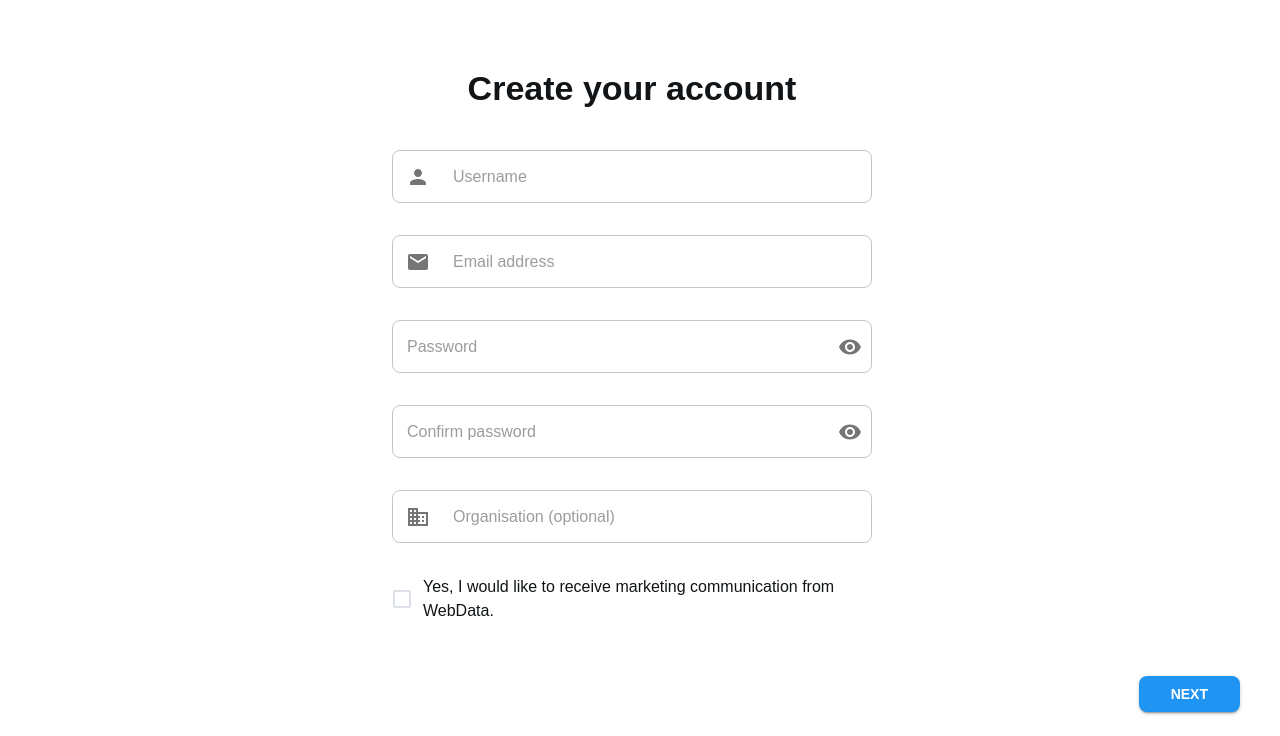
Repository: Pascal-Ahmadu/Tender-download-system
Page: /register (app in frontend/)
The author's editor kept a copy of each file at every save. The page is drawn from the files as they stood at one save, then again after the next save.
The browser window is 1280 px wide. The pictures show the whole page.
The page's requests for data from a server got no answer. Some web fonts or font styles are not loaded; a fallback is used. The project was rebuilt for these pictures with package versions that can differ from the ones it lists, and the page was loaded fresh each time. No one was signed in, and anything a server would have sent is missing. Also part of the build but not shown: frontend/vite.config.js, frontend/src/components/pages/LoginPage.jsx.

Above is the page before, as saved 2024-07-31 07:53:54.

### frontend/index.html
<!DOCTYPE html>
<html lang="en">
  <head>
    <meta charset="UTF-8" />
    <link rel="icon" type="image/svg+xml" href="/vite.svg" />
    <link
      href="https://fonts.googleapis.com/css2?family=Bento:wght@400;700&display=swap"
      rel="stylesheet"
    />

    <meta name="viewport" content="width=device-width, initial-scale=1.0" />
    <title>Vite + React</title>
  </head>
  <body>
    <div id="root"></div>
    <script type="module" src="/src/main.jsx"></script>
  </body>
</html>

### frontend/src/main.jsx
import React from "react";
import ReactDOM from "react-dom/client";
import App from "./App.jsx";
import "./index.css";
import { AuthProvider } from "./components/contexts/AuthContext.jsx";

ReactDOM.createRoot(document.getElementById("root")).render(
  <React.StrictMode>
    <AuthProvider>
      <App />
    </AuthProvider>
  </React.StrictMode>
);

### frontend/src/App.jsx
import React from "react";
import { BrowserRouter as Router, Routes, Route } from "react-router-dom";
import LoginPage from "./components/pages/LoginPage";
import RegistrationForm from "./components/pages/RegistrationPage";
import { createTheme, ThemeProvider } from "@mui/material/styles";

// Create a theme instance
const theme = createTheme({
  typography: {
    fontFamily: "Bento, sans-serif",
  },
});

const app = () => {
  return (
    <ThemeProvider theme={theme}>
      <Router>
        <Routes>
          <Route path="/" element={<LoginPage />} />
          <Route path="/register" element={<RegistrationForm />} />
        </Routes>
      </Router>
    </ThemeProvider>
  );
};

export default app;

### frontend/src/index.css
:root {
  font-family: "Bento", sans-serif;

  line-height: 1.5;
  font-weight: 400;

  color-scheme: white;
  color: rgba(255, 255, 255, 0.87);
  background-color: white;

  font-synthesis: none;
  text-rendering: optimizeLegibility;
  -webkit-font-smoothing: antialiased;
  -moz-osx-font-smoothing: grayscale;
}

body {
  font-family: "Merriweather", serif;
}

a {
  font-weight: 500;
  color: #646cff;
  text-decoration: inherit;
}
a:hover {
  color: #535bf2;
}

h1 {
  font-size: 3.2em;
  line-height: 1.1;
}

button {
  border-radius: 8px;
  border: 1px solid transparent;
  padding: 0.6em 1.2em;
  font-size: 1em;
  font-weight: 500;
  font-family: inherit;
  background-color: #1a1a1a;
  cursor: pointer;
  transition: border-color 0.25s;
}
button:hover {
  border-color: #646cff;
}
button:focus,
button:focus-visible {
  outline: 4px auto -webkit-focus-ring-color;
}

@media (prefers-color-scheme: light) {
  :root {
    color: #213547;
    background-color: #ffffff;
  }
  a:hover {
    color: #747bff;
  }
  button {
    background-color: #f9f9f9;
  }
}

### frontend/src/components/contexts/AuthContext.jsx
import React, { createContext, useState, useEffect, useContext } from "react";
import axios from "axios";

const API_BASE_URL = "http://localhost:5000";

axios.defaults.baseURL = API_BASE_URL;

const AuthContext = createContext();

const AuthProvider = ({ children }) => {
  const [user, setUser] = useState(null);

  // Fetch user on app load
  useEffect(() => {
    const fetchUser = async () => {
      try {
        const res = await axios.get("/api/auth/current", {
          withCredentials: true,
        });
        setUser(res.data.user);
      } catch (err) {
        console.error(err.response ? err.response.data.msg : err.message);
      }
    };

    fetchUser();
  }, []);

  const register = async (email, password) => {
    try {
      await axios.post(
        "/api/auth/register",
        { email, password },
        { withCredentials: true }
      );
      // Optionally fetch user data if needed
    } catch (err) {
      throw new Error(err.response ? err.response.data.msg : err.message);
    }
  };

  const login = async (email, password) => {
    try {
      await axios.post(
        "/api/auth/login",
        { email, password },
        { withCredentials: true }
      );
      const res = await axios.get("/api/auth/current", {
        withCredentials: true,
      });
      setUser(res.data.user);
    } catch (err) {
      throw new Error(err.response ? err.response.data.msg : err.message);
    }
  };

  const logout = async () => {
    try {
      await axios.post("/api/auth/logout", {}, { withCredentials: true });
      setUser(null);
    } catch (err) {
      console.error(err.response ? err.response.data.msg : err.message);
    }
  };

  return (
    <AuthContext.Provider value={{ user, register, login, logout }}>
      {children}
    </AuthContext.Provider>
  );
};

// Custom hook to use the AuthContext
const useAuth = () => {
  const context = useContext(AuthContext);
  if (context === undefined) {
    throw new Error("useAuth must be used within an AuthProvider");
  }
  return context;
};

export { AuthProvider, useAuth };

### frontend/src/components/pages/RegistrationPage.jsx
import React, { useState, useEffect } from "react";
import {
  TextField,
  Button,
  Box,
  Typography,
  Checkbox,
  FormControlLabel,
  InputAdornment,
  IconButton,
  LinearProgress,
  FormHelperText,
} from "@mui/material";
import {
  Visibility,
  VisibilityOff,
  Person,
  Email,
  Business,
} from "@mui/icons-material";

function SignupForm() {
  const [showPassword, setShowPassword] = useState(false);
  const [password, setPassword] = useState("");
  const [confirmPassword, setConfirmPassword] = useState("");
  const [passwordStrength, setPasswordStrength] = useState(0);
  const [passwordEntered, setPasswordEntered] = useState(false);
  const [passwordValid, setPasswordValid] = useState({
    length: false,
    uppercase: false,
    lowercase: false,
    symbol: false,
  });
  const [showRequirements, setShowRequirements] = useState(false);
  const [typingTimeout, setTypingTimeout] = useState(null);

  const handleClickShowPassword = () => setShowPassword(!showPassword);

  const handlePasswordChange = (event) => {
    const password = event.target.value;
    setPassword(password);
    setPasswordEntered(true);
    setShowRequirements(true);

    // Check password validity
    const lengthValid = password.length >= 8 && password.length <= 16;
    const uppercaseValid = /[A-Z]/.test(password);
    const lowercaseValid = /[a-z]/.test(password);
    const symbolValid = /[!@#$%^&*(),.?":{}|<>]/.test(password);

    setPasswordValid({
      length: lengthValid,
      uppercase: uppercaseValid,
      lowercase: lowercaseValid,
      symbol: symbolValid,
    });

    // Calculate strength
    setPasswordStrength(
      (lengthValid + uppercaseValid + lowercaseValid + symbolValid) * 25
    );

    // Clear previous timeout
    if (typingTimeout) clearTimeout(typingTimeout);

    // Set a new timeout
    setTypingTimeout(
      setTimeout(() => {
        setShowRequirements(false);
      }, 2000)
    ); // Hide after 2 seconds of inactivity
  };

  const handleConfirmPasswordChange = (event) => {
    setConfirmPassword(event.target.value);
  };

  const getStrengthColor = () => {
    if (passwordStrength <= 33) return "#f44336"; // Red for weak
    if (passwordStrength <= 66) return "#ff9800"; // Orange for medium
    return "#4caf50"; // Green for strong
  };

  const passwordsMatch = password === confirmPassword;

  useEffect(() => {
    // Cleanup on component unmount
    return () => {
      if (typingTimeout) clearTimeout(typingTimeout);
    };
  }, [typingTimeout]);

  return (
    <Box
      sx={{
        display: "flex",
        flexDirection: "column",
        minHeight: "100vh",
        backgroundColor: "white",
        overflow: "hidden",
      }}
    >
      <Box
        sx={{
          display: "flex",
          flexDirection: "column",
          flex: 1,
          justifyContent: "center",
          alignItems: "center",
          px: 2,
          py: 4,
        }}
      >
        <Box
          sx={{
            display: "flex",
            flexDirection: "column",
            width: "100%",
            maxWidth: "480px",
            boxSizing: "border-box",
            ml: -2, // Move the form to the left
          }}
        >
          <Typography
            variant="h4"
            sx={{
              fontWeight: "bold",
              textAlign: "center",
              color: "#111518",
              py: 3,
            }}
          >
            Create your account
          </Typography>
          <TextField
            placeholder="Username"
            fullWidth
            margin="normal"
            InputProps={{
              startAdornment: (
                <InputAdornment position="start">
                  <Person />
                </InputAdornment>
              ),
            }}
            sx={{
              "& .MuiOutlinedInput-root": {
                borderRadius: 2,
                borderColor: "#dbe1e6",
              },
              "& .MuiInputBase-input": {
                color: "#111518",
                p: "15px",
                fontSize: "1rem",
              },
              mb: 2,
            }}
          />
          <TextField
            placeholder="Email address"
            fullWidth
            margin="normal"
            InputProps={{
              startAdornment: (
                <InputAdornment position="start">
                  <Email />
                </InputAdornment>
              ),
            }}
            sx={{
              "& .MuiOutlinedInput-root": {
                borderRadius: 2,
                borderColor: "#dbe1e6",
              },
              "& .MuiInputBase-input": {
                color: "#111518",
                p: "15px",
                fontSize: "1rem",
              },
              mb: 2,
            }}
          />
          <TextField
            placeholder="Password"
            fullWidth
            type={showPassword ? "text" : "password"}
            onChange={handlePasswordChange}
            onFocus={() => setPasswordEntered(true)}
            margin="normal"
            InputProps={{
              endAdornment: (
                <InputAdornment position="end">
                  <IconButton onClick={handleClickShowPassword} edge="end">
                    {showPassword ? <VisibilityOff /> : <Visibility />}
                  </IconButton>
                </InputAdornment>
              ),
            }}
            sx={{
              "& .MuiOutlinedInput-root": {
                borderRadius: 2,
                borderColor: "#dbe1e6",
              },
              "& .MuiInputBase-input": {
                color: "#111518",
                p: "15px",
                fontSize: "1rem",
              },
              mb: 2,
            }}
          />
          {passwordEntered && showRequirements && (
            <Box sx={{ mb: 2 }}>
              <Typography variant="body2" sx={{ color: "#60778a", py: 1 }}>
                Password strength
              </Typography>
              <LinearProgress
                variant="determinate"
                value={passwordStrength}
                sx={{
                  height: 8,
                  borderRadius: 2,
                  backgroundColor: "#e0e0e0",
                  "& .MuiLinearProgress-bar": {
                    borderRadius: 2,
                    backgroundColor: getStrengthColor(),
                  },
                }}
              />
              <FormHelperText
                sx={{
                  color: "#60778a",
                  pt: 1,
                }}
              >
                <ul>
                  <li
                    style={{
                      color: passwordValid.length ? "#4caf50" : "#f44336",
                    }}
                  >
                    {passwordValid.length
                      ? "✔ Length between 8 and 16 characters"
                      : "✘ Length between 8 and 16 characters"}
                  </li>
                  <li
                    style={{
                      color: passwordValid.uppercase ? "#4caf50" : "#f44336",
                    }}
                  >
                    {passwordValid.uppercase
                      ? "✔ At least one uppercase letter"
                      : "✘ At least one uppercase letter"}
                  </li>
                  <li
                    style={{
                      color: passwordValid.lowercase ? "#4caf50" : "#f44336",
                    }}
                  >
                    {passwordValid.lowercase
                      ? "✔ At least one lowercase letter"
                      : "✘ At least one lowercase letter"}
                  </li>
                  <li
                    style={{
                      color: passwordValid.symbol ? "#4caf50" : "#f44336",
                    }}
                  >
                    {passwordValid.symbol
                      ? "✔ At least one symbol"
                      : "✘ At least one symbol"}
                  </li>
                </ul>
              </FormHelperText>
            </Box>
          )}
          <TextField
            placeholder="Confirm password"
            fullWidth
            type={showPassword ? "text" : "password"}
            onChange={handleConfirmPasswordChange}
            margin="normal"
            InputProps={{
              endAdornment: (
                <InputAdornment position="end">
                  <IconButton onClick={handleClickShowPassword} edge="end">
                    {showPassword ? <VisibilityOff /> : <Visibility />}
                  </IconButton>
                </InputAdornment>
              ),
            }}
            sx={{
              "& .MuiOutlinedInput-root": {
                borderRadius: 2,
                borderColor: "#dbe1e6",
              },
              "& .MuiInputBase-input": {
                color: "#111518",
                p: "15px",
                fontSize: "1rem",
              },
              mb: 2,
            }}
          />
          {!passwordsMatch && confirmPassword.length > 0 && (
            <FormHelperText sx={{ color: "#f44336" }}>
              Passwords do not match
            </FormHelperText>
          )}
          <TextField
            placeholder="Organisation (optional)"
            fullWidth
            margin="normal"
            InputProps={{
              startAdornment: (
                <InputAdornment position="start">
                  <Business />
                </InputAdornment>
              ),
            }}
            sx={{
              "& .MuiOutlinedInput-root": {
                borderRadius: 2,
                borderColor: "#dbe1e6",
              },
              "& .MuiInputBase-input": {
                color: "#111518",
                p: "15px",
                fontSize: "1rem",
              },
              mb: 2,
            }}
          />
          <FormControlLabel
            control={
              <Checkbox
                sx={{
                  color: "#dbe1e6",
                  "&.Mui-checked": {
                    color: "#2094f3",
                  },
                }}
              />
            }
            label="Yes, I would like to receive marketing communication from WebData."
            sx={{ color: "#111518", mt: 2 }}
          />
        </Box>
      </Box>
      <Box
        component="footer"
        sx={{
          display: "flex",
          justifyContent: "flex-end",
          px: 4,
          py: 2,
        }}
      >
        <Button
          variant="contained"
          sx={{
            minWidth: "84px",
            bgcolor: "#2094f3",
            color: "white",
            fontWeight: "bold",
            borderRadius: 2,
            px: 4,
            "&:hover": {
              bgcolor: "#1976d2",
            },
          }}
        >
          Next
        </Button>
      </Box>
    </Box>
  );
}

export default SignupForm;

After the next save:
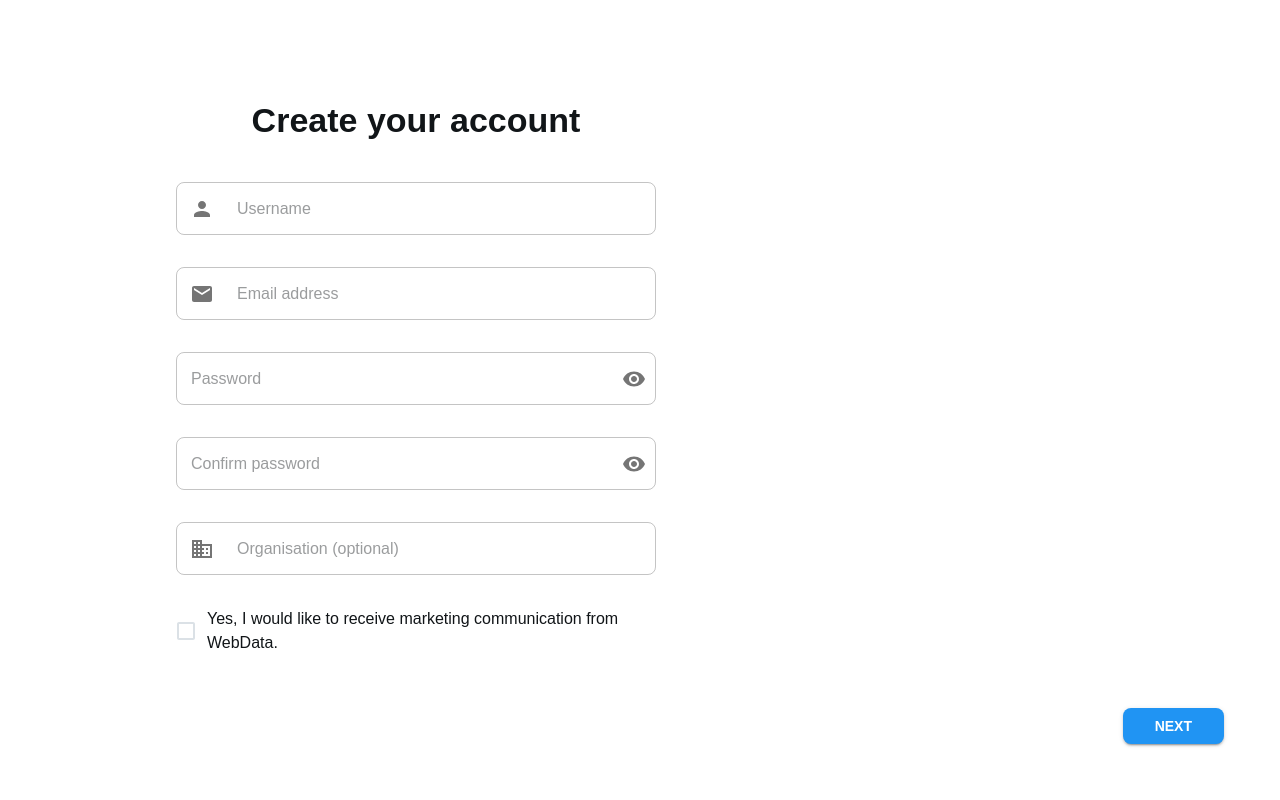
Saved 6 min 52 s later.
--- a/frontend/src/components/pages/RegistrationPage.jsx
+++ b/frontend/src/components/pages/RegistrationPage.jsx
@@ -64,11 +64,9 @@
     if (typingTimeout) clearTimeout(typingTimeout);
 
     // Set a new timeout
-    setTypingTimeout(
-      setTimeout(() => {
-        setShowRequirements(false);
-      }, 2000)
-    ); // Hide after 2 seconds of inactivity
+    setTypingTimeout(setTimeout(() => {
+      setShowRequirements(false);
+    }, 2000)); // Hide after 2 seconds of inactivity
   };
 
   const handleConfirmPasswordChange = (event) => {
@@ -98,6 +96,8 @@
         minHeight: "100vh",
         backgroundColor: "white",
         overflow: "hidden",
+        px: 2,
+        py: 4,
       }}
     >
       <Box
@@ -107,8 +107,9 @@
           flex: 1,
           justifyContent: "center",
           alignItems: "center",
-          px: 2,
-          py: 4,
+          width: "100%",
+          maxWidth: "800px", // Set the max width here
+          boxSizing: "border-box",
         }}
       >
         <Box

After the save that followed:
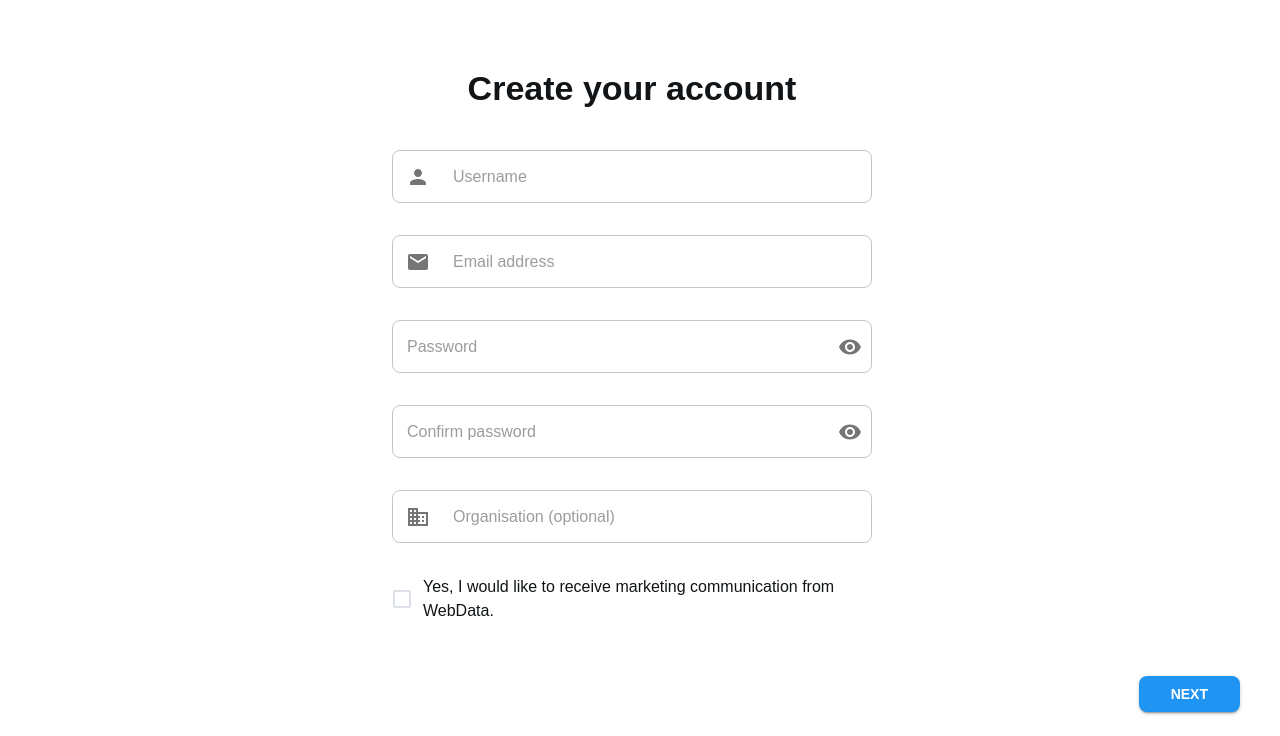
Saved 18 s later.
--- a/frontend/src/components/pages/RegistrationPage.jsx
+++ b/frontend/src/components/pages/RegistrationPage.jsx
@@ -64,9 +64,11 @@
     if (typingTimeout) clearTimeout(typingTimeout);
 
     // Set a new timeout
-    setTypingTimeout(setTimeout(() => {
-      setShowRequirements(false);
-    }, 2000)); // Hide after 2 seconds of inactivity
+    setTypingTimeout(
+      setTimeout(() => {
+        setShowRequirements(false);
+      }, 2000)
+    ); // Hide after 2 seconds of inactivity
   };
 
   const handleConfirmPasswordChange = (event) => {
@@ -96,8 +98,6 @@
         minHeight: "100vh",
         backgroundColor: "white",
         overflow: "hidden",
-        px: 2,
-        py: 4,
       }}
     >
       <Box
@@ -107,9 +107,8 @@
           flex: 1,
           justifyContent: "center",
           alignItems: "center",
-          width: "100%",
-          maxWidth: "800px", // Set the max width here
-          boxSizing: "border-box",
+          px: 2,
+          py: 4,
         }}
       >
         <Box
